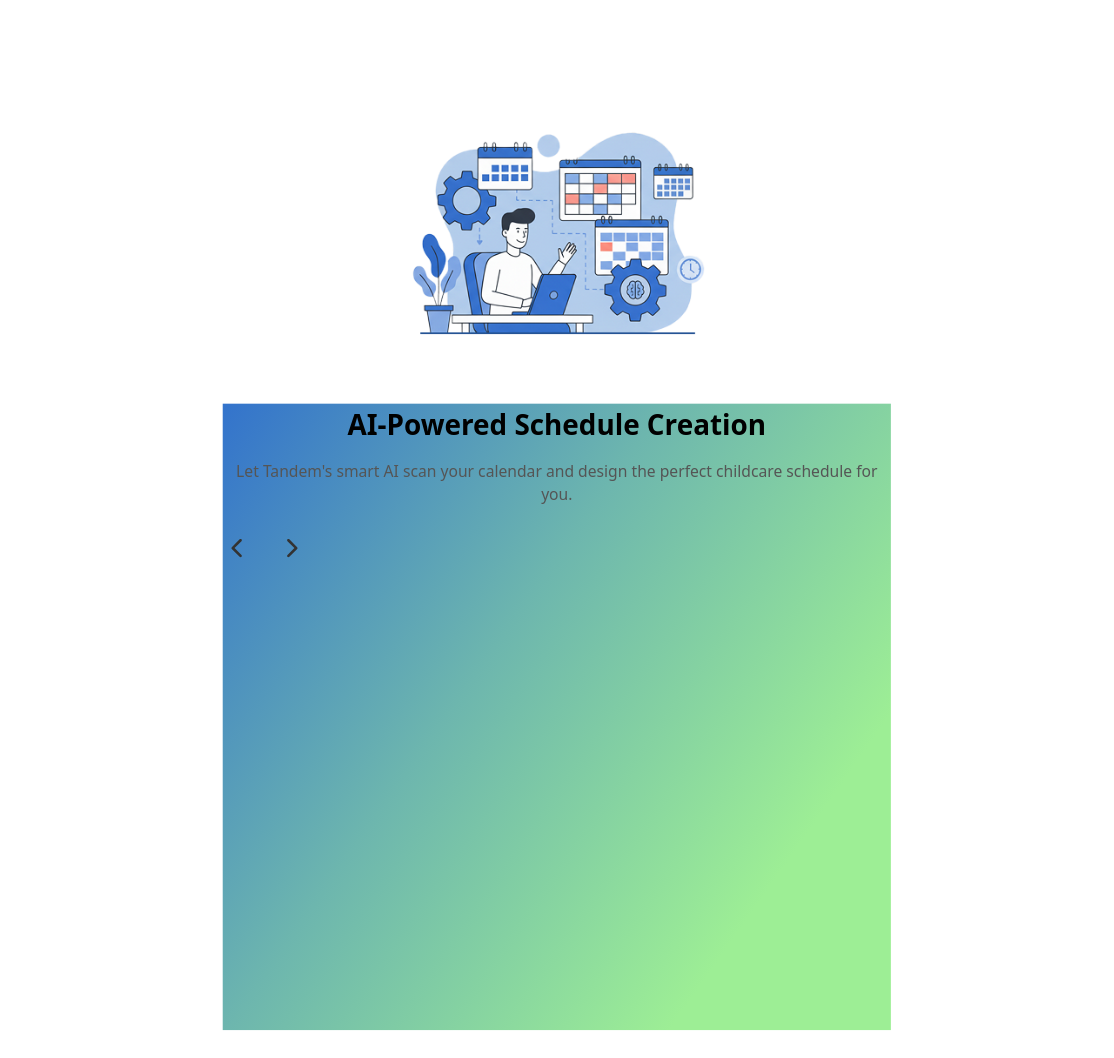
Repository: IDSP-TRADECARE/Tandem
Page: /boarding/features
These files come from the project's save history. The page is drawn as it stood at one moment and after the next save; the edit follows.
The browser window is 1280 px wide. The pictures show the whole page, at 87% of full size.
The page's requests for data from a server got no answer. Some web fonts or font styles are not loaded; a fallback is used. The project was rebuilt for these pictures with package versions that can differ from the ones it lists, and the page was loaded fresh each time. Some packages were replaced by stand-ins written for this rebuild. The framework's server and built-in components were replaced by stand-ins that run in the browser. No one was signed in, and anything a server would have sent is missing. Also part of the build but not shown: next.config.ts, src/app/components/auth/AuthGuard.tsx.

Above is the page before, as saved 2025-11-22 21:41:47.

### src/app/layout.tsx
/* eslint-disable @next/next/no-page-custom-font */
import { ClerkProvider } from '@clerk/nextjs'
import { SocketProvider } from '@/lib/socket/SocketContext'
import './globals.css'
import type { Metadata } from "next";
import { AuthWrapper } from './components/auth/AuthWrapper';


export const metadata: Metadata = {
  title: "Tandem",
  description: "Share childcare with your community",
  icons: {
    icon: 'brand/logoColor.svg',
  },
};

export default function RootLayout({
  children,
}: Readonly<{
  children: React.ReactNode;
}>) {
  return (
    <ClerkProvider>
      <html lang="en">
        <head>
          {/* Omnes Pro from Adobe Fonts */}
          <link rel="stylesheet" href="https://use.typekit.net/pku8yek.css" />

          {/* Alan Sans from Google Fonts */}
          <link rel="preconnect" href="https://fonts.googleapis.com" />
          <link rel="preconnect" href="https://fonts.gstatic.com" crossOrigin="anonymous" />
          <link href="https://fonts.googleapis.com/css2?family=Alan+Sans:wght@300..900&display=swap" rel="stylesheet" />
        </head>
        <body className="antialiased">
          <SocketProvider>
            <AuthWrapper>
              {children}
            </AuthWrapper>
          </SocketProvider>
        </body>
      </html>
    </ClerkProvider>
  )
}

### src/app/boarding/features/page.tsx
"use client";
import { useState } from "react";
import { useRouter } from "next/navigation";
import { GradientBackgroundFull } from "@/app/components/ui/backgrounds/GradientBackgroundFull";
import { IoIosArrowBack, IoIosArrowForward } from "react-icons/io";
import styles from "./features.module.css";

const features = [
    {
        id: 1,
        title: "AI-Powered Schedule Creation",
        description:
            "Let Tandem's smart AI scan your calendar and design the perfect childcare schedule for you.",
        imgSrc: "/boarding/Graphic-ai-powered-feature1.png",
    },
    {
        id: 2,
        title: "Seamless Nanny Booking",
        description:
            "Effortlessly discover and book reliable nannies tailored to your family's needs.",
        imgSrc: "/boarding/Seamless-nanny-booking-feature2.png",
    },
    {
        id: 3,
        title: "Intelligent Nanny Sharing",
        description:
            "Team up with nearby families to share trusted nannies, cutting costs while building lasting connections.",
        imgSrc: "/boarding/Intelligent-nanny-sharing-feature3.png",
    },
];

export default function FeaturesPage() {
    const [currentIndex, setCurrentIndex] = useState(0);
    const router = useRouter();

    const handleNext = () => {
        if (currentIndex < features.length - 1) {
            setCurrentIndex(currentIndex + 1);
        } else {
            router.push("./sign-up");
        }
    };

    const handlePrevious = () => {
        if (currentIndex > 0) {
            setCurrentIndex(currentIndex - 1);
        }
    };

    const currentFeature = features[currentIndex];

    return (
        <div className={styles.container}>
            <div className={styles.imageContainer}>
                <img
                    src={currentFeature.imgSrc}
                    alt={`Feature ${currentFeature.id}`}
                />
            </div>
            <GradientBackgroundFull>
                <div className='max-w-3xl w-full text-center mb-8'>
                    <h1 className={styles.title}>{currentFeature.title}</h1>

                    <p className={styles.description}>
                        {currentFeature.description}
                    </p>
                </div>
                <div className={styles.navigation}>
                    <button
                        onClick={handlePrevious}
                        disabled={currentIndex === 0}
                    >
                        <IoIosArrowBack size={32} />
                    </button>

                    <button onClick={handleNext}>
                        <IoIosArrowForward size={32} />
                    </button>
                </div>
            </GradientBackgroundFull>
        </div>
    );
}

### src/lib/socket/SocketContext.tsx
'use client';

import { createContext, useContext, useEffect, useState } from 'react';
import { io, Socket } from 'socket.io-client';
import { ClientToServerEvents, ServerToClientEvents } from './types';

type TypedSocket = Socket<ServerToClientEvents, ClientToServerEvents>;

interface SocketContextType {
  socket: TypedSocket | null;
  isConnected: boolean;
}

const SocketContext = createContext<SocketContextType>({
  socket: null,
  isConnected: false,
});

export function SocketProvider({ children }: { children: React.ReactNode }) {
  const [socket, setSocket] = useState<TypedSocket | null>(null);
  const [isConnected, setIsConnected] = useState(false);

  useEffect(() => {
    const socketUrl = process.env.NEXT_PUBLIC_SOCKET_URL || 'http://localhost:3001';

    console.log('Connecting to Socket.IO server:', socketUrl);

    const socketInstance: TypedSocket = io(socketUrl, {
      transports: ['websocket', 'polling'],
    });

    socketInstance.on('connect', () => {
      console.log('✅ Socket connected:', socketInstance.id);
      setIsConnected(true);
    });

    socketInstance.on('disconnect', () => {
      console.log('❌ Socket disconnected');
      setIsConnected(false);
    });

    socketInstance.on('connect_error', (error) => {
      console.error('Socket connection error:', error);
      setIsConnected(false);
    });

    setSocket(socketInstance);

    return () => {
      socketInstance.disconnect();
    };
  }, []);

  return (
    <SocketContext.Provider value={{ socket, isConnected }}>
      {children}
    </SocketContext.Provider>
  );
}

export const useSocket = () => useContext(SocketContext);

### src/app/globals.css
@import "tailwindcss";

@theme {
  /* Font families */
  --font-family-alan: "Alan Sans", sans-serif;
  --font-family-omnes: "omnes-pro", sans-serif;

  /* Primary Colors */
  --color-primary: #3373cc;
  --color-primary-lighter: #a3c0e8;
  --color-primary-light: #91b3e3;
  --color-primary-light-hover: #91b3e3;
  --color-primary-light-active: #7aa4de;
  --color-primary-hover: #2b62ad;
  --color-primary-active: #255495;
  --color-primary-dark: #122847;
  --color-primary-dark-hover: #0d1d33;
  --color-primary-dark-active: #060d16;

  /* Secondary Colors */
  --color-secondary: #92f189;
  --color-secondary-lighter: #cef9ca;
  --color-secondary-light: #c4f7bf;
  --color-secondary-light-hover: #c4f7bf;
  --color-secondary-light-active: #b8f6b2;
  --color-secondary-hover: #7ccd74;
  --color-secondary-active: #6bb064;
  --color-secondary-dark: #335430;
  --color-secondary-dark-hover: #253c22;
  --color-secondary-dark-active: #101b0f;

  /* Analogous Colors */
  --color-analogous: #68d5ff;
  --color-analogous-lighter: #bbecff;
  --color-analogous-light: #ade8ff;
  --color-analogous-light-hover: #ade8ff;
  --color-analogous-light-active: #9de4ff;
  --color-analogous-hover: #58b5d9;
  --color-analogous-active: #4c9bba;
  --color-analogous-dark: #244b59;
  --color-analogous-dark-hover: #1a3540;
  --color-analogous-dark-active: #0b171c;

  /* Success */
  --color-success: #95b548;

  /* Warning */
  --color-warning: #d78f26;

  /* Error */
  --color-error: #c43535;

  /* Neutral Colors */
  --color-neutral-50: #e6e6e8;
  --color-neutral-100: #b0b0b8;
  --color-neutral-200: #8a8a96;
  --color-neutral-300: #545466;
  --color-neutral-400: #333349;
  --color-neutral-500: #00001b;
  --color-neutral-600: #000019;
  --color-neutral-700: #000013;
  --color-neutral-800: #00000f;
  --color-neutral-900: #00000b;
}

@layer base {
  :root {
    /* Semantic mappings for shadcn */
    --background: 0 0% 100%;
    --foreground: var(--color-neutral-500);
    --card: 0 0% 100%;
    --card-foreground: var(--color-neutral-500);
    --popover: 0 0% 100%;
    --popover-foreground: var(--color-neutral-500);
    --primary-foreground: 0 0% 98%;
    --secondary-foreground: var(--color-neutral-500);
    --muted: var(--color-neutral-50);
    --muted-foreground: var(--color-neutral-300);
    --accent: var(--color-analogous-light);
    --accent-foreground: var(--color-neutral-500);
    --destructive: var(--color-error);
    --destructive-foreground: 0 0% 98%;
    --border: var(--color-neutral-100);
    --input: var(--color-neutral-100);
    --ring: var(--color-primary);
    --radius: 0.5rem;
    --gradient-primary: linear-gradient(135deg, #3373CC 0%, #6DB6AE 46%, #9DEE95 100%);
  }

  .dark {
    --background: var(--color-neutral-500);
    --foreground: 0 0% 98%;
    --card: var(--color-neutral-400);
    --card-foreground: 0 0% 98%;
    --popover: var(--color-neutral-400);
    --popover-foreground: 0 0% 98%;
    --primary-foreground: var(--color-neutral-500);
    --secondary-foreground: 0 0% 98%;
    --muted: var(--color-neutral-300);
    --muted-foreground: var(--color-neutral-100);
    --accent: var(--color-analogous-dark);
    --accent-foreground: 0 0% 98%;
    --destructive-foreground: 0 0% 98%;
    --border: var(--color-neutral-300);
    --input: var(--color-neutral-300);
    --ring: var(--color-primary-light);
    --gradient-primary: linear-gradient(135deg, #3373CC 0%, #6DB6AE 46%, #9DEE95 100%);
  }

  /* Font utilities */
  .font-alan {
    font-family: var(--font-family-alan);
    font-optical-sizing: auto;
  }

  .font-omnes {
    font-family: var(--font-family-omnes);
  }
}

/* FullCalendar Custom Styles */
.fullcalendar-container {
  font-family: inherit;
}

.fc {
  font-size: 14px;
}

.fc .fc-toolbar-title {
  font-size: 1.5rem;
  font-weight: 700;
  color: var(--color-primary);
}

.fc .fc-button {
  background-color: var(--color-primary);
  border-color: var(--color-primary);
  color: white;
  border-radius: 8px;
  padding: 6px 12px;
  font-weight: 600;
}

.fc .fc-button:hover {
  background-color: var(--color-primary-hover);
  border-color: var(--color-primary-hover);
}

.fc .fc-button-active {
  background-color: var(--color-primary-dark);
  border-color: var(--color-primary-dark);
}

.fc .fc-col-header-cell {
  background-color: var(--color-neutral-50);
  padding: 12px;
  font-weight: 600;
  color: var(--color-primary);
}

.fc .fc-daygrid-day-number {
  font-weight: 600;
  color: var(--color-primary);
  padding: 8px;
}

.fc .fc-daygrid-day.fc-day-today {
  background-color: var(--color-primary-lighter) !important;
}

.fc .fc-event {
  border-radius: 6px;
  padding: 4px 6px;
  font-size: 12px;
  font-weight: 600;
  cursor: pointer;
}

.fc .fc-timegrid-event {
  border-radius: 6px;
  padding: 4px;
}

.fc .fc-timegrid-slot {
  height: 3em;
}

.fc .fc-scrollgrid {
  border-color: var(--neutral-100) !important;
}

@layer utilities {
  .bg-gradient-primary {
    background: var(--gradient-primary);
  }
}

### src/app/components/auth/AuthWrapper.tsx
'use client';

import { usePathname } from 'next/navigation';
import { AuthGuard } from './AuthGuard';

export function AuthWrapper({ children }: { children: React.ReactNode }) {
  const pathname = usePathname();

  // Routes that don't require authentication
  const publicRoutes = ['/boarding/features', '/sign-in', '/sign-up'];
  const isPublicRoute = pathname === '/' || publicRoutes.some(route => pathname?.startsWith(route));

  if (isPublicRoute) {
    return <>{children}</>;
  }

  return <AuthGuard>{children}</AuthGuard>;
}

### src/app/components/ui/backgrounds/GradientBackgroundFull.tsx
import React from 'react';

export function GradientBackgroundFull({ children }: { children?: React.ReactNode }) {
  return (
    <div
      className="min-h-screen"
      style={{
        background: 'linear-gradient(125deg, #3373CC 0%, #6DB6AE 40%, #9DEE95 80%)',
        backgroundSize: '100%'
      }}
    >
      {children}
    </div>
  );
}

### src/app/boarding/features/features.module.css
.title {
    font-size: 2rem;
    font-weight: bold;
    margin-bottom: 1rem;
}
.description {
    font-size: 1.125rem;
    color: #555;
    margin-bottom: 2rem;
}
.container {
    min-height: 100vh;
    display: flex;
    flex-direction: column;
    align-items: center;
    justify-content: center;
    padding: 2rem;
}
.imageContainer {
    height: 24rem;
    display: flex;
    align-items: center;
    justify-content: center;
    margin: 1.5rem 0;
}
.navigation {
    display: flex;
    align-items: center;
    gap: 2rem;
}
.navigation button {
    background: none;
    border: none;
    font-size: 2rem;
    cursor: pointer;
    color: #333;
}

After the next save:
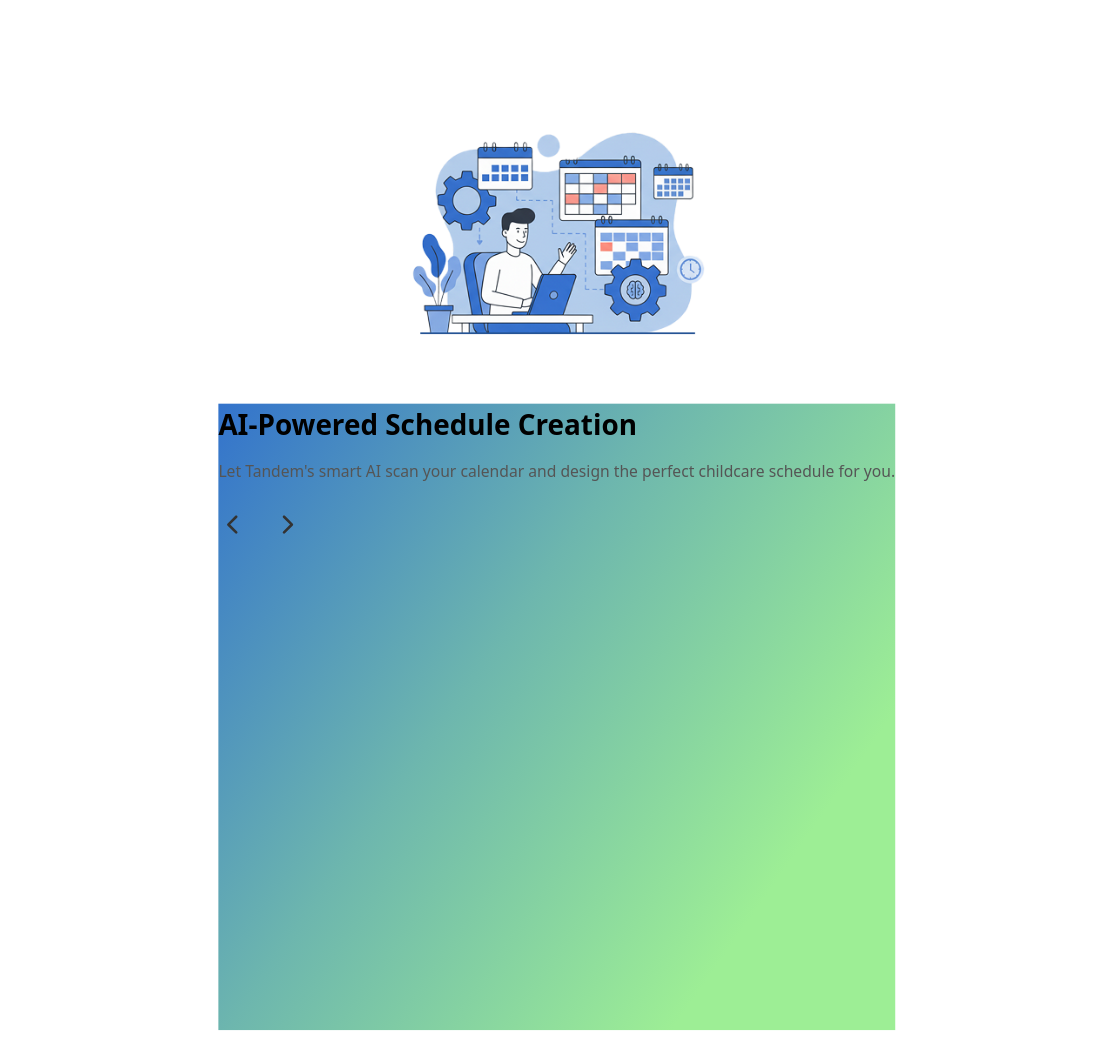
Saved 5 min 13 s later.
--- a/src/app/boarding/features/page.tsx
+++ b/src/app/boarding/features/page.tsx
@@ -58,7 +58,7 @@
                 />
             </div>
             <GradientBackgroundFull>
-                <div className='max-w-3xl w-full text-center mb-8'>
+                <div className={styles.content}>
                     <h1 className={styles.title}>{currentFeature.title}</h1>
 
                     <p className={styles.description}>
